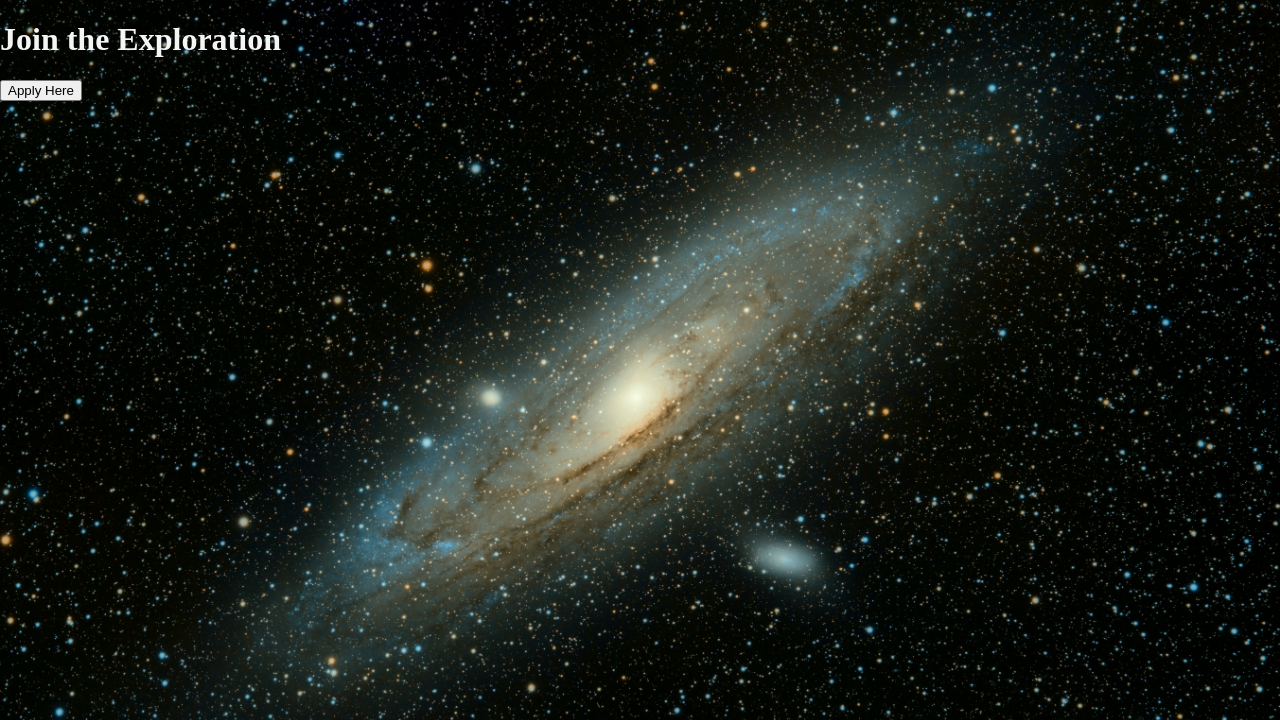
Repository: raghhavv03/html-css-practice
Page: css-task-3/index.html
These files come from the project's save history. The page is drawn as it stood at one moment and after a run of saves; the edit follows.
The browser window is 1280 px wide. The pictures show the whole page.

Above is the page before, as saved 2026-02-04 14:37:15.

After the next 3 saves:
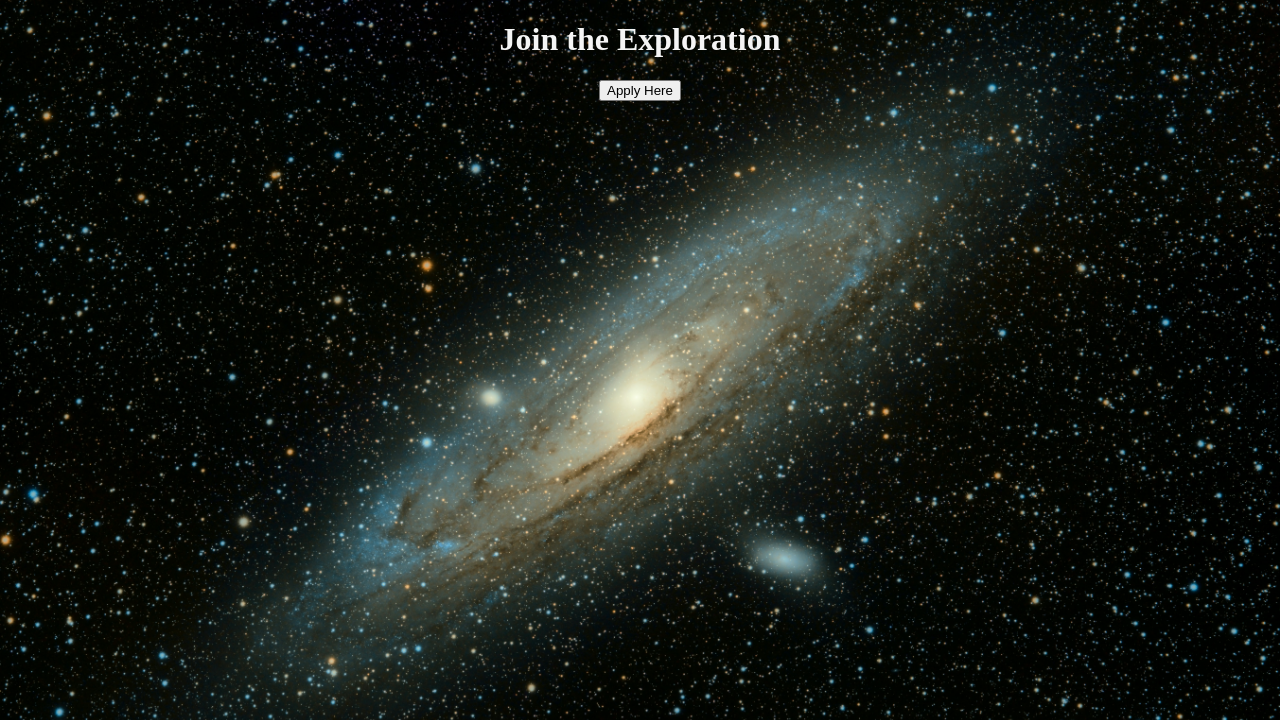
The 3 saves are shown as one change because they came seconds apart.
The last was saved 115 s later.
--- a/css-task-3/style.css
+++ b/css-task-3/style.css
@@ -2,5 +2,6 @@ body {
     margin: 0;
     background-image: url("./universe.jpg");
     background-size: cover;
-    color: whitesmoke
+    color: whitesmoke;
+    text-align: center;
 }
